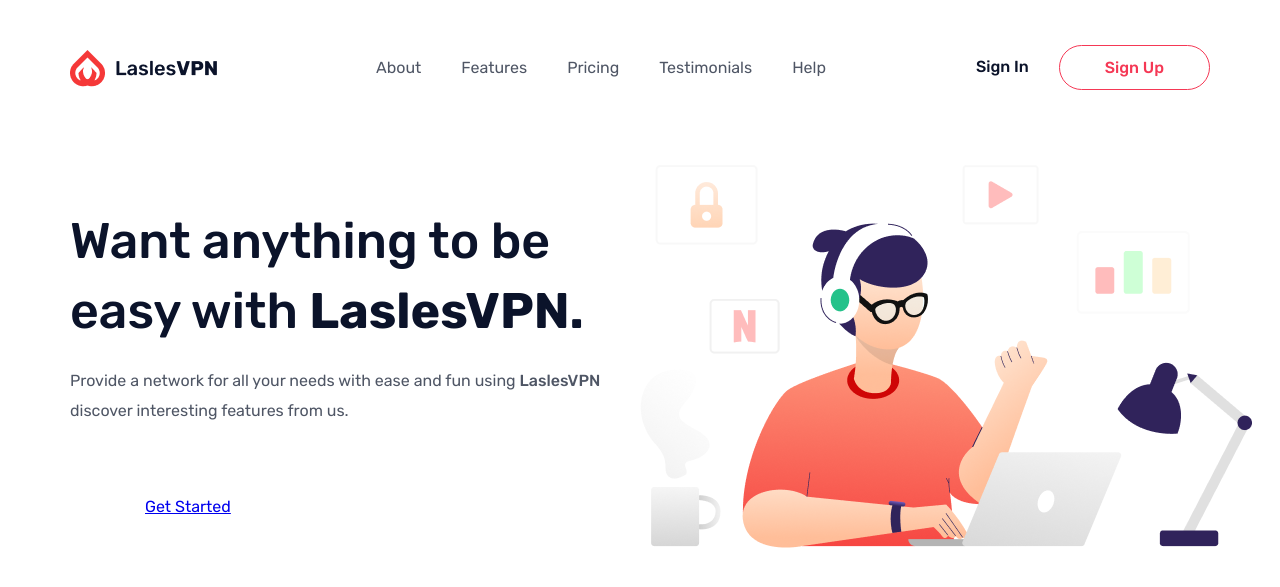
Repository: nafiesallahu/beetroot-fe-g1
Page: Homework10/index.html
The author's editor kept a copy of each file at every save. The page is drawn from the files as they stood at one save, then again after the next save.
The browser window is 1280 px wide. The pictures show the whole page.

Above is the page before, as saved 2021-01-27 19:33:00.

After the next save:
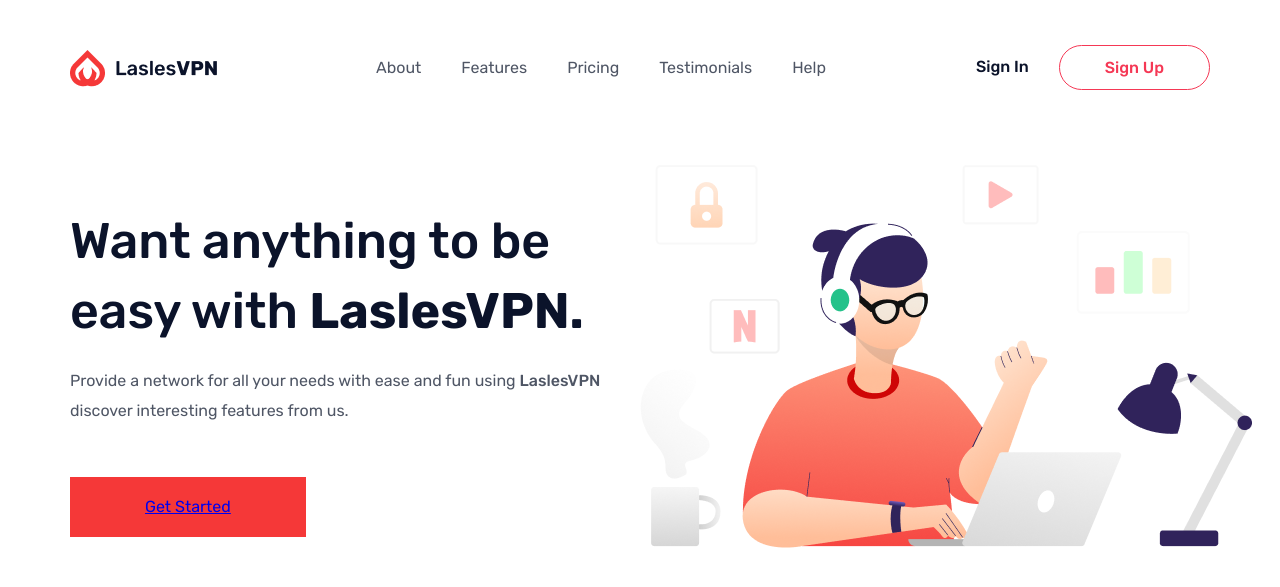
Saved 53 s later.
--- a/Homework10/styles/style.css
+++ b/Homework10/styles/style.css
@@ -154,4 +154,5 @@
   line-height: 60px;
   padding-left: 75px;
   padding-right: 75px;
+  background: #F53838;
 }
